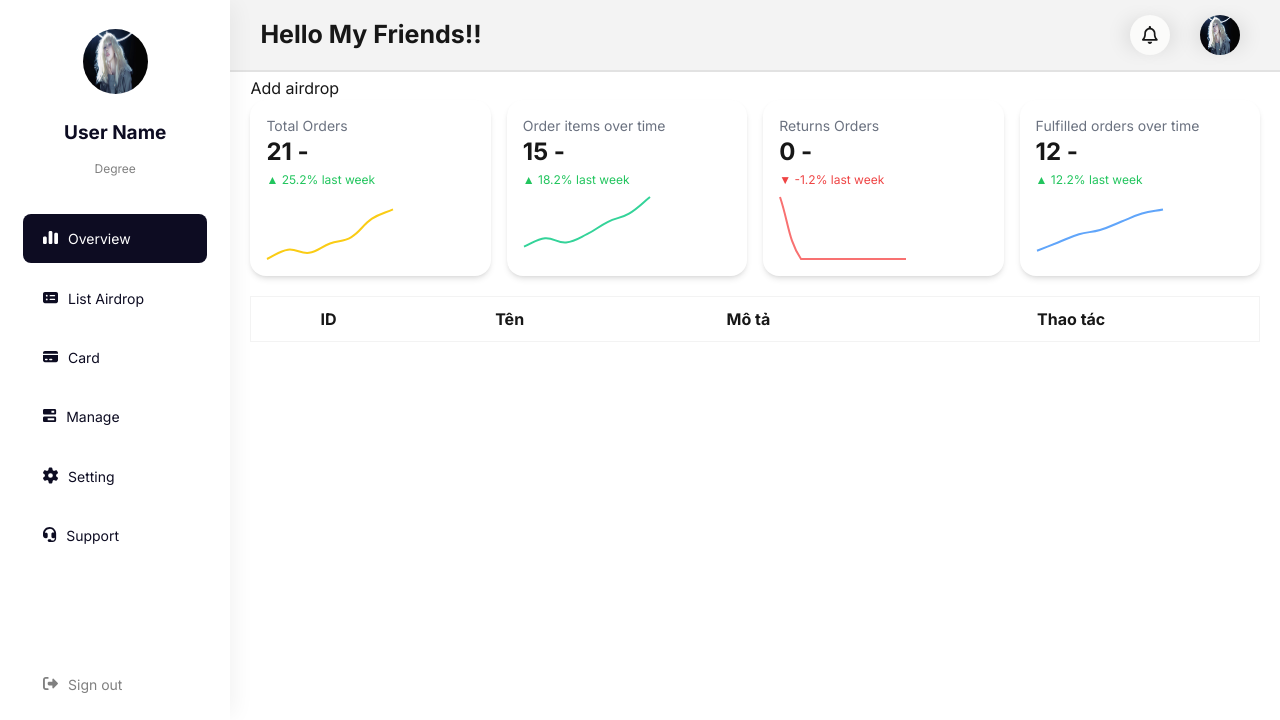
Repository: conGaStuer/airdropmamager
Page: /airdrops
These files come from the project's save history. The page is drawn as it stood at one moment and after the next save; the edit follows.
The browser window is 1280 px wide. The pictures show the whole page.
The page's requests for data from a server got no answer. The project was rebuilt for these pictures with package versions that can differ from the ones it lists, and the page was loaded fresh each time. The framework's server and built-in components were replaced by stand-ins that run in the browser. No one was signed in, and anything a server would have sent is missing. Also part of the build but not shown: next.config.ts.

Above is the page before, as saved 2025-05-26 19:58:58.

### src/app/layout.tsx
// app/layout.tsx
import { Inter } from "next/font/google";
import "../styles/globals.css";
import NavBar from "@/components/NavBar";
import SideBar from "@/components/SideBar";

const inter = Inter({ subsets: ["latin"] });

export const metadata = {
  title: "Airdrop Admin",
  description: "Manage Airdrops",
};

// app/layout.tsx
export default function RootLayout({
  children,
}: {
  children: React.ReactNode;
}) {
  return (
    <html lang="en">
      <body>{children}</body>
    </html>
  );
}

### src/app/airdrops/layout.js
// app/airdrops/layout.js (hoặc layout.tsx nếu bạn dùng TypeScript)
"use client";
import React from "react";
import NavBar from "@/components/NavBar";
import SideBar from "@/components/SideBar";

export default function AirdropLayout({ children }) {
  return (
    <div className="flex">
      <SideBar />
      <div className="flex-1">
        <NavBar />
        <main className="pt-14 ">{children}</main>
      </div>
    </div>
  );
}

### src/app/airdrops/page.js
"use client";
import React from "react";
import { useState, useEffect } from "react";
import axios from "axios";
import { useRouter } from "next/navigation";

import StatCard from "@/components/StatCard";
import "../../styles/table.scss";
export default function AirdropPages() {
  const [airdrops, setAirdrops] = useState([]);

  useEffect(() => {
    const fetchAirdrops = async () => {
      try {
        const res = await axios.get("http://localhost:5000/api/airdrops");
        setAirdrops(res.data);
      } catch (err) {
        console.error("Error fetching airdrops:", err);
      }
    };
    fetchAirdrops();
  }, []);

  const handleDelete = async (id) => {
    if (confirm("Bạn có chắc muốn xóa airdrop này không?")) {
      await axios.delete(`http://localhost:5000/api/airdrops/${id}`);
      const res = await axios.get("http://localhost:5000/api/airdrops");
      setAirdrops(res.data);
    }
  };
  const router = useRouter();
  return (
    <div style={{ padding: 20 }}>
      <button onClick={() => router.push("./airdrops/new")}>Add airdrop</button>
      <div className=" grid grid-cols-1 md:grid-cols-2 lg:grid-cols-4 gap-4">
        <StatCard
          title="Total Orders"
          value={21}
          percentage={25.2}
          isUp={true}
          chartColor="#FACC15" // yellow
          data={[5, 8, 7, 10, 12, 18, 21]}
        />
        <StatCard
          title="Order items over time"
          value={15}
          percentage={18.2}
          isUp={true}
          chartColor="#34D399" // green
          data={[3, 5, 4, 6, 9, 11, 15]}
        />
        <StatCard
          title="Returns Orders"
          value={0}
          percentage={-1.2}
          isUp={false}
          chartColor="#F87171" // red
          data={[1, 0, 0, 0, 0, 0, 0]}
        />
        <StatCard
          title="Fulfilled orders over time"
          value={12}
          percentage={12.2}
          isUp={true}
          chartColor="#60A5FA" // blue
          data={[2, 4, 6, 7, 9, 11, 12]}
        />
      </div>
      <table
        border="1"
        cellPadding="10"
        style={{ marginTop: 20, width: "100%" }}
      >
        <thead>
          <tr>
            <th>ID</th>
            <th>Tên</th>
            <th>Mô tả</th>
            <th>Thao tác</th>
          </tr>
        </thead>
        <tbody>
          {airdrops.map((item) => (
            <tr key={item.id}>
              <td>{item.id}</td>
              <td>{item.name}</td>
              <td>{item.description}</td>
              <td>
                <button
                  onClick={() => router.push(`./airdrops/${item.id}/edit`)}
                >
                  Edit
                </button>
                <button onClick={() => handleDelete(item.id)}>Delete</button>
              </td>
            </tr>
          ))}
        </tbody>
      </table>
    </div>
  );
}

### src/styles/globals.css
@tailwind base;
@tailwind components;
@tailwind utilities;

:root {
  --background: #ffffff;
  --foreground: #171717;
}

@media (prefers-color-scheme: dark) {
  :root {
    --background: #ffffff;
    --foreground: #393737;
  }
}

body {
  color: var(--foreground);
  background: var(--background);
  font-family: inter;
  background-size: cover;
  background-position: center;
}

### src/components/NavBar.js
import React from "react";
import "../styles/navbar.scss";
import { FontAwesomeIcon } from "@fortawesome/react-fontawesome";
import {
  faEdit,
  faTrash,
  faRectangleList,
  faChartSimple,
  faCreditCard,
  faBarsProgress,
  faGear,
  faHeadset,
  faRightFromBracket,
  faRing,
} from "@fortawesome/free-solid-svg-icons";
import { faBell } from "@fortawesome/free-regular-svg-icons";
import Image from "next/image";
export default function NavBar() {
  return (
    <div className="nav-side">
      <p>Hello My Friends!!</p>
      <div className="menu">
        <div className="iconn">
          <FontAwesomeIcon icon={faBell} className="icon" />
        </div>
        <Image src="/styles/avt.jpg" alt="Avatar" width={20} height={20} />
      </div>
    </div>
  );
}

### src/components/SideBar.js
import React from "react";
import "../styles/sideBar.scss";
import { FontAwesomeIcon } from "@fortawesome/react-fontawesome";
import {
  faEdit,
  faTrash,
  faRectangleList,
  faChartSimple,
  faCreditCard,
  faBarsProgress,
  faGear,
  faHeadset,
  faRightFromBracket,
} from "@fortawesome/free-solid-svg-icons";
import Image from "next/image";
import Link from "next/link";
export default function SideBar() {
  return (
    <div className="side-bar">
      <div className="side-info">
        <div className="user-profile">
          <Image src="/styles/avt.jpg" alt="Avatar" width={80} height={80} />
          <h4>User Name</h4>
          <p>Degree</p>
        </div>
      </div>
      <div className="side-menu">
        <div className="menu-element menu-element1">
          <FontAwesomeIcon icon={faChartSimple} className="icon" />

          <span>Overview</span>
        </div>
        <Link href="./airdrops" className="menu-element">
          <FontAwesomeIcon icon={faRectangleList} className="icon" />

          <span>List Airdrop</span>
        </Link>
        <div className="menu-element">
          <FontAwesomeIcon icon={faCreditCard} className="icon" />
          <span>Card</span>
        </div>
        <div className="menu-element">
          <FontAwesomeIcon icon={faBarsProgress} className="icon" />
          <span>Manage</span>
        </div>
        <div className="menu-element">
          <FontAwesomeIcon icon={faGear} className="icon" />
          <span>Setting</span>
        </div>
        <div className="menu-element">
          <FontAwesomeIcon icon={faHeadset} className="icon" />

          <span>Support</span>
        </div>
      </div>
      <div className="side-logout">
        <FontAwesomeIcon icon={faRightFromBracket} className="icon" />
        <span>Sign out</span>
      </div>
    </div>
  );
}

### src/components/StatCard.js
import { Line } from "react-chartjs-2";
import {
  Chart as ChartJS,
  LineElement,
  CategoryScale,
  LinearScale,
  PointElement,
} from "chart.js";

ChartJS.register(LineElement, CategoryScale, LinearScale, PointElement);

export default function StatCard({
  title,
  value,
  percentage,
  chartColor,
  data,
  isUp,
}) {
  return (
    <div className="bg-white p-4 rounded-2xl shadow-md">
      <div className="text-sm text-gray-500">{title}</div>
      <div className="flex items-center justify-between">
        <div className="text-2xl font-bold">{value} -</div>
      </div>
      <div className="flex items-center text-xs text-gray-400 mt-1">
        <span className={isUp ? "text-green-500" : "text-red-500"}>
          {isUp ? "▲" : "▼"} {percentage}% last week
        </span>
      </div>
      <div className="h-16 mt-2">
        <Line
          data={{
            labels: data.map((_, i) => i),
            datasets: [
              {
                data,
                borderColor: chartColor,
                borderWidth: 2,
                tension: 0.4,
                pointRadius: 0,
              },
            ],
          }}
          options={{
            responsive: true,
            plugins: {
              legend: { display: false },
              tooltip: { enabled: false },
            },
            scales: {
              x: { display: false },
              y: { display: false },
            },
          }}
        />
      </div>
    </div>
  );
}

### src/styles/table.scss
table {
  border: 1px solid #f3f3f3;
}

### src/styles/navbar.scss
@mixin center-div {
  display: flex;

  justify-content: space-between;
  align-items: center;
}
@mixin no-space-text {
  margin: 0px;
  padding: 0px;
}
.nav-side {
  width: 82%;
  height: 10vh;
  background-color: #f3f3f3;
  position: fixed;
  float: right;
  right: 0px;

  border-bottom-right-radius: 0px;
  @include center-div();
  padding-left: 30px;
  padding-right: 40px;
  border-bottom: 2px solid rgb(226, 226, 226);
  p {
    font-size: 25px;
    font-weight: bold;
    font-family: "Inter", sans-serif;
  }
  .menu {
    width: 120px;
    height: 90%;
    @include center-div();

    .iconn {
      width: 40px;
      height: 40px;
      background-color: #fbfbfa;
      border-radius: 50%;
      @include center-div();
      justify-content: center;
      position: relative;
      left: 10px;
      box-shadow: 10px 0 20px -5px rgba(0, 0, 0, 0.1),
        -10px 0 20px -5px rgba(0, 0, 0, 0.1);

      .icon {
        font-size: 18px;
      }
    }
    img {
      width: 40px;
      height: 40px;
      border-radius: 50%;
      box-shadow: 10px 0 20px -5px rgba(0, 0, 0, 0.1),
        -10px 0 20px -5px rgba(0, 0, 0, 0.1);
    }
  }
}

### src/styles/sideBar.scss
@mixin center-div {
  display: flex;
  flex-direction: column;
  justify-content: space-between;
  align-items: center;
}
@mixin no-space-text {
  margin: 0px;
  padding: 0px;
}
.side-bar {
  font-family: "Inter", sans-serif;
  @include center-div();
  width: 18%;
  height: 100vh;
  background-color: white;
  color: #808080;
  box-shadow: 10px 0 20px -5px rgba(0, 0, 0, 0.05),
    -10px 0 20px -5px rgba(0, 0, 0, 0.05);
  z-index: 1;
  .icon {
    font-size: 15px;
    margin-right: 10px;
    position: relative;
    top: -1px;
  }
  .side-info {
    width: 80%;
    height: 34%;
    display: flex;
    flex-direction: column;
    justify-content: space-around;
    align-items: center;
    position: relative;
    top: -10px;
    h4 {
      @include no-space-text();
      font-size: 18px;
      font-weight: bold;
    }
    .user-profile {
      width: 75%;
      height: 68%;
      @include center-div();

      img {
        width: 65px;
        height: 65px;
        border-radius: 50%;
      }
      h4 {
        font-size: 19px;
        font-weight: bold;
        @include no-space-text();
        position: relative;
        top: -3px;
        color: #0d0c22;
      }
      p {
        @include no-space-text();
        font-size: 12px;
        position: relative;
        top: -18px;
      }
    }
  }
  .side-menu {
    width: 80%;
    height: 48%;
    @include center-div();
    position: relative;
    top: -65px;
    .menu-element {
      width: 100%;
      height: 14%;
      background-color: white;
      border-radius: 8px;
      font-size: 14px;
      display: flex;
      align-items: center;
      padding: 20px;
      color: #0d0c22;
    }
    .menu-element1 {
      background-color: #0d0c22;
      color: white;
    }
  }
  .side-logout {
    width: 80%;
    height: 7%;
    display: flex;
    align-items: center;
    padding: 20px;
    margin-bottom: 10px;
    span {
      font-size: 14px;
    }
  }
}

### tailwind.config.ts
import type { Config } from "tailwindcss";

export default {
  content: [
    "./src/pages/**/*.{js,ts,jsx,tsx,mdx}",
    "./src/components/**/*.{js,ts,jsx,tsx,mdx}",
    "./src/app/**/*.{js,ts,jsx,tsx,mdx}",
  ],
  theme: {
    extend: {
      colors: {
        background: "var(--background)",
        foreground: "var(--foreground)",
      },
      fontFamily: {
        sans: ["var(--font-inter)", "sans-serif"],
      },
    },
  },
  plugins: [],
} satisfies Config;

After the next save:
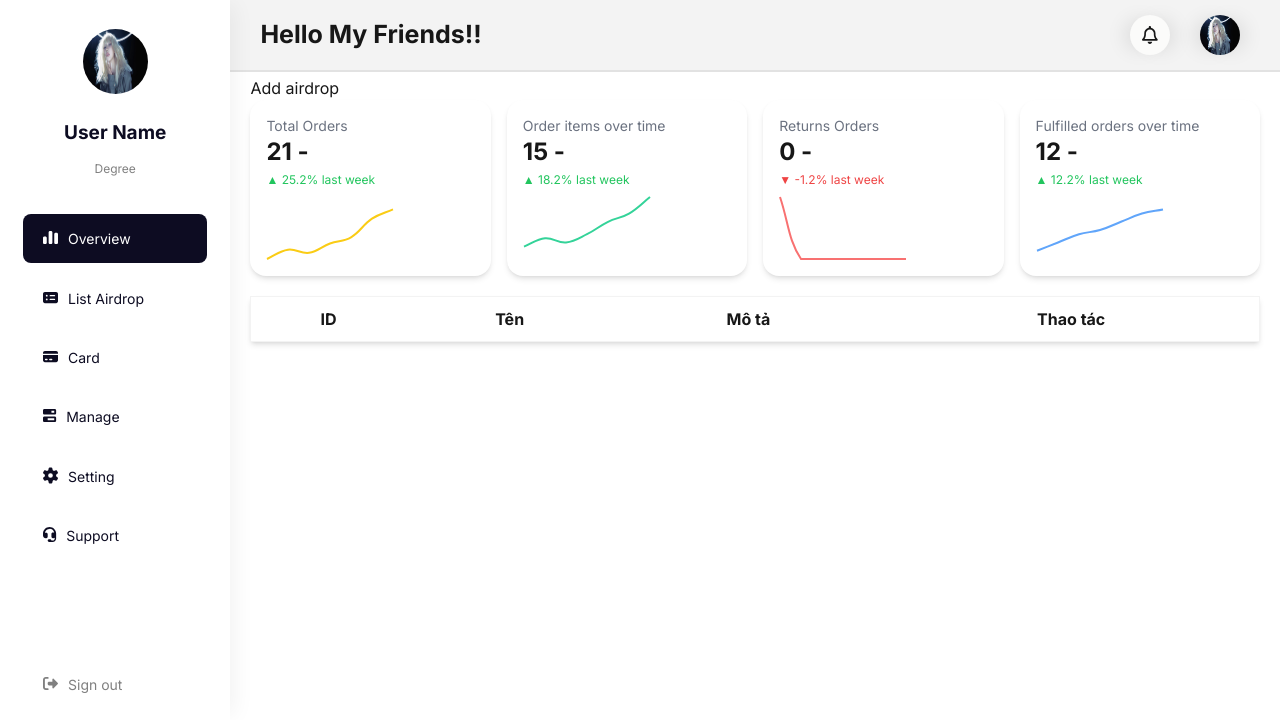
Saved 25 s later.
--- a/src/app/airdrops/page.js
+++ b/src/app/airdrops/page.js
@@ -70,6 +70,7 @@ export default function AirdropPages() {
         border="1"
         cellPadding="10"
         style={{ marginTop: 20, width: "100%" }}
+        className="shadow-md"
       >
         <thead>
           <tr>
